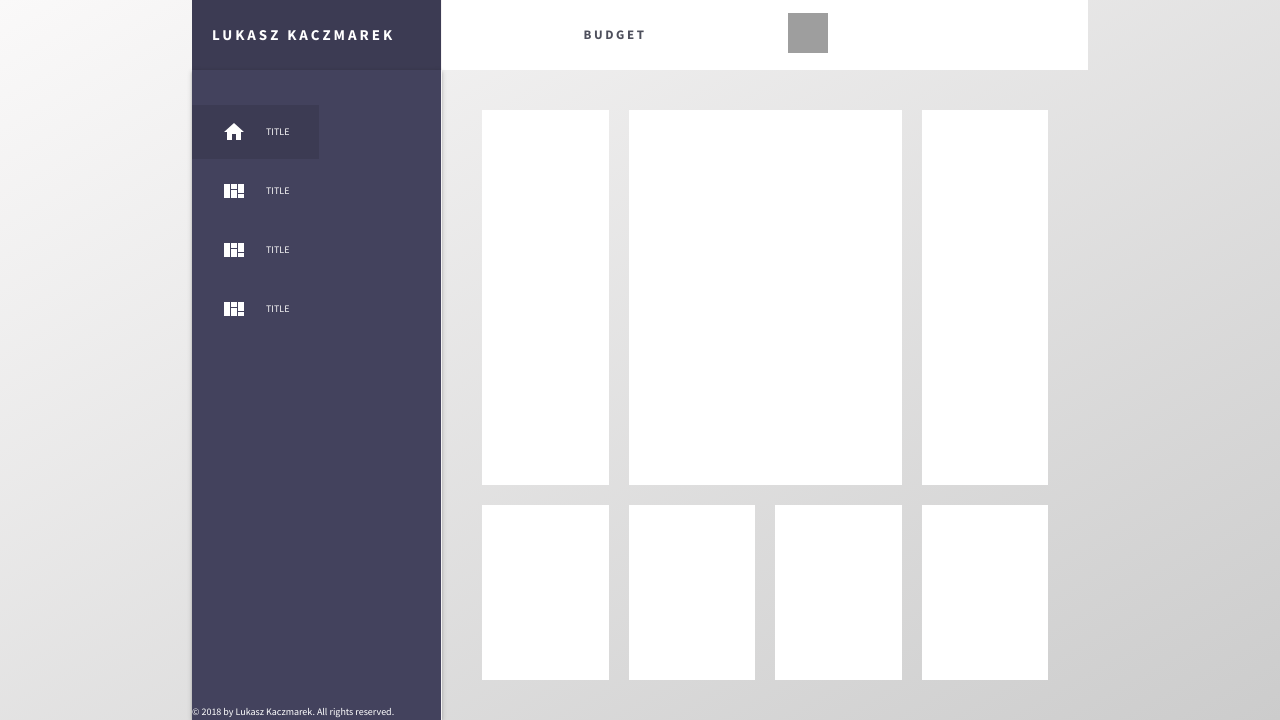
Repository: Archezi/BudgetApplication
Page: index.html
The author's editor kept a copy of each file at every save. The page is drawn from the files as they stood at one save, then again after the next save.
The browser window is 1280 px wide. The pictures show the whole page.
Pictures or frames that could not be fetched are drawn as grey boxes. The style sheet was rebuilt from its Sass, Less or Tailwind sources for each picture, by a compiler version that may differ from the author's.

Above is the page before, as saved 2018-08-28 23:09:15.

### index.html
<!DOCTYPE html>
<html lang="en">
<head>
    <meta charset="UTF-8">
    <meta name="viewport" content="width=device-width, initial-scale=1.0">
    <meta http-equiv="X-UA-Compatible" content="ie=edge">
    <link href="https://fonts.googleapis.com/css?family=Source+Sans+Pro:300,400,700" rel="stylesheet">
    <!--Import Google Icon Font-->
    <link href="https://fonts.googleapis.com/icon?family=Material+Icons" rel="stylesheet">
    <!--Import materialize.css-->
    <link type="text/css" rel="stylesheet" href="css/materialize.min.css"  media="screen,projection"/>
    <!-- Website style.css-->
    <link rel="stylesheet" href="css/style.comp.css">

    <title>Budget Application</title>

</head>
<body>
   <div class="container">
        <header class="header">
            <div class="logo">
                <h1>Lukasz Kaczmarek</h1>
            </div>
            <div class="page_title">
                <h2>Budget</h2>
            </div>
            <div class="user-nav">
                <div class="user-nav__icon"></div>
                <div class="user-nav__profile">
                    <img src="https://source.unsplash.com/random/40x40" alt="">
                </div>
            </div>
        </header>

        <div class="content">
            <nav class="sidebar">
                <ul class="side-nav">
                    <li class="side-nav__item side-nav__item--active">
                        <a href="#" class="side-nav__link">
                                <svg class="side-nav__icon" style="width:24px;height:24px" viewBox="0 0 24 24">
                                    <path fill="#fff" d="M10,20V14H14V20H19V12H22L12,3L2,12H5V20H10Z" />
                                </svg>
                            <span>Title</span>
                        </a>
                    </li>
                    <li class="side-nav__item ">
                        <a href="#" class="side-nav__link">
                            <svg class="side-nav__icon" style="width:24px;height:24px" viewBox="0 0 24 24">
                                <path fill="#000000" d="M2,5V19H8V5H2M9,5V10H15V5H9M16,5V14H22V5H16M9,11V19H15V11H9M16,15V19H22V15H16Z" />
                            </svg>
                            <span>Title</span>
                        </a>
                    </li>
                    <li class="side-nav__item ">
                        <a href="#" class="side-nav__link">
                            <svg class="side-nav__icon" style="width:24px;height:24px" viewBox="0 0 24 24">
                                <path fill="#000000" d="M2,5V19H8V5H2M9,5V10H15V5H9M16,5V14H22V5H16M9,11V19H15V11H9M16,15V19H22V15H16Z" />
                            </svg>
                            <span>Title</span>
                        </a>
                    </li>
                    <li class="side-nav__item ">
                        <a href="#" class="side-nav__link">
                            <svg class="side-nav__icon" style="width:24px;height:24px" viewBox="0 0 24 24">
                                <path fill="#000000" d="M2,5V19H8V5H2M9,5V10H15V5H9M16,5V14H22V5H16M9,11V19H15V11H9M16,15V19H22V15H16Z" />
                            </svg>
                            <span>Title</span>
                        </a>
                    </li>
                </ul>

                <div class="legal">
                    &copy; 2018 by Lukasz Kaczmarek. All rights reserved.
                </div>
            </nav>

            <div class="main">
                <div class="budget">
                    <div class="income-panel"> </div>
                    <div class="history-panel"></div>
                    <div class="expenses-panel"></div>
                </div>
                <div class="statistics">
                    <div class="net-profit-panel"></div>
                    <div class="tax-panel"></div>
                    <div class="savings-panel"></div>
                    <div class="projections"></div>

                </div>



            </div>


        </div>




   </div>

   <!-- Compiled and minified JavaScript -->
   <script src="https://cdnjs.cloudflare.com/ajax/libs/materialize/1.0.0-rc.2/js/materialize.min.js"></script>
</body>
</html>

### sass/main.scss
@import "base/reset";
@import "base/base";
@import "base/typography";

@import "abstracts/variables";
@import "components/mainComponent";
@import "components/layout";

### sass/base/_base.scss
:root {
    --color-primary: #eb2f64;
    --color-primary-light: #FF3366;
    --color-primary-dark: #BA265D;

    --color-background-dark: #3C3B53;
    --color-background-light: #43425D;

    --color-grey-light-1: #faf9f9;
    --color-grey-light-2: #f4f2f2;
    --color-grey-light-3: #f0eeee;
    --color-grey-light-4: #ccc;

    --color-grey-dark-1: #333;
    --color-grey-dark-2: #4D4F5C;
    --color-grey-dark-3: #999;
    --color-white: #fff;
    --shadow-dark: 0 2rem 6rem rgba(0,0,0,.3);
    --shadow-light: 0 2rem 5rem rgba(0,0,0,.06);

    --line: 1px solid var(--color-grey-light-2);
}

$bp-largest: 75em;     // 1200px
$bp-large: 68.75em;    // 1100px
$bp-medium: 56.25em;   // 900px
$bp-small: 37.5em;     // 600px
$bp-smallest: 31.25em; // 500px

* {
    margin: 0;
    padding: 0;
}

*,
*::before,
*::after {
    box-sizing: inherit;
}

html {
    box-sizing: border-box;
    font-size: 62.5%; // 1rem = 10px, 10px/16px = 62.5%

    @media only screen and (max-width: $bp-large) {
        font-size: 50%;
    }
}

body {


    color: var(--color-grey-dark-2);
    background-image: linear-gradient(to right bottom, var(--color-grey-light-1), var(--color-grey-light-4));
    background-size: cover;
    background-repeat: no-repeat;

    min-height: 100vh;
}

### sass/base/_typography.scss
body {

    font-weight: 400;
    line-height: 1.6;
    font-family: 'Source Sans Pro', sans-serif;
    text-rendering: optimizeLegibility;
    -webkit-font-smoothing: antialiased;

}

### sass/abstracts/_variables.scss
$header-height: 7rem;
$sidebar-width: 25rem;

$fraction: 1fr;

### sass/components/_mainComponent.scss

//////////////////////////////////////////
// Header

.logo {
    width: 25rem;
    padding: 0 2rem;

    border-right: var(--line);
    background: var(--color-background-dark);
    h1 {

        align-self: center;
        font-size: 1.5rem;
        font-weight: 700;
        line-height: 2rem;
        letter-spacing: 0.2em;
        text-transform: uppercase;
        padding: 2.5rem 0;
        color: var(--color-white);

    }
}
.page_title {
    width: 30rem;
    text-align: center;
    h2 {
        font-size: 1.3rem;
        font-weight: 700;
        letter-spacing: 0.2em;
        text-transform: uppercase;
    }
}
.user-nav {
    width: 30rem;
}

.content {

    display: flex;


}

.side-nav {
    font-size: 1.5rem;
    list-style: none;
    margin-top: 3.5rem;

    &__item {
        position: relative;

        &:not(:last-child) {
            margin-bottom: .5rem;
        }
    }
    &__item::before {
        content: "";
        position: absolute;
        top: 0;
        left: 0;
        height: 100%;
        width: 3px;
        background-color: var(--color-background-dark);
        transform: scaleY(0);
        transition: transform .2s,
                    width .4s cubic-bezier(1,0,0,1) .2s,
                    background-color .1s;
    }

    &__item:hover::before,
    &__item--active::before {
        transform: scaleY(1);
        width: 100%;
    }

    &__item:active::before {
        background-color: var(--color-background-light);
    }

    &__link:link,
    &__link:visited {
        color: var(--color-grey-light-1);
        text-decoration: none;
        text-transform: uppercase;
        display: block;
        padding: 1.5rem 3rem;
        position: relative;
        z-index: 10;

        display: flex;
        align-items: center;

        @media only screen and (max-width: $bp-medium) {
            justify-content: center;
            padding: 2rem;
        }

        @media only screen and (max-width: $bp-small) {
            flex-direction: column;
            padding: 1.5rem .5rem;
        }
    }

    &__icon {
        width: 1.75rem;
        height: 1.75rem;
        margin-right: 2rem;
        fill: currentColor;
        path {
            fill: #fff;
        }
        @media only screen and (max-width: $bp-small) {
            margin-right: 0;
            margin-bottom: .7rem;
            width: 1.5rem;
            height: 1.5rem;
        }
    }
}

### sass/components/_layout.scss
.container {
    max-width: 100%;
    min-height: 100vh;
    margin: 0 auto;

}

.header {
    height: $header-height;
    background: var(--color-white);
    display: flex;
    justify-content: space-between;
    align-items: center;
}
.content {

}
.sidebar {
    border-right: var(--line);
    background-color: var(--color-background-light);

    flex: 0 0 25rem;
    // width: 25rem;
    display: flex;
    flex-direction: column;
    justify-content: space-between;
    min-height: calc(100vh - 7rem);
    z-index: 999;
}
.main {
    padding: 4rem;
    width: 100%;
    display: grid;
    grid-gap: 2rem;

    .budget {
        display: grid;
        grid-gap: 2rem;
        grid-template-columns: repeat(4, 1fr);
        grid-auto-rows: minmax(20rem, auto);
        & > * {
            background: var(--color-white);
        }
        .history-panel {
            grid-column: 2 / span 2;
            grid-auto-rows: $fraction;
        }
    }

    .statistics {
        display: grid;
        grid-gap: 2rem;
        grid-template-columns: repeat(4, 1fr);

        & > * {
            background: var(--color-white);
        }

    }
}
.footer {
    position: absolute;
    bottom: 0;
    background: var(--color-white);
    z-index: 1;
    height: $header-height;
    width: calc(100%);
    z-index: 100;
}

Loaded but not shown: css/materialize.min.css (library); sass/base/_reset.scss (common file)

After the next save:
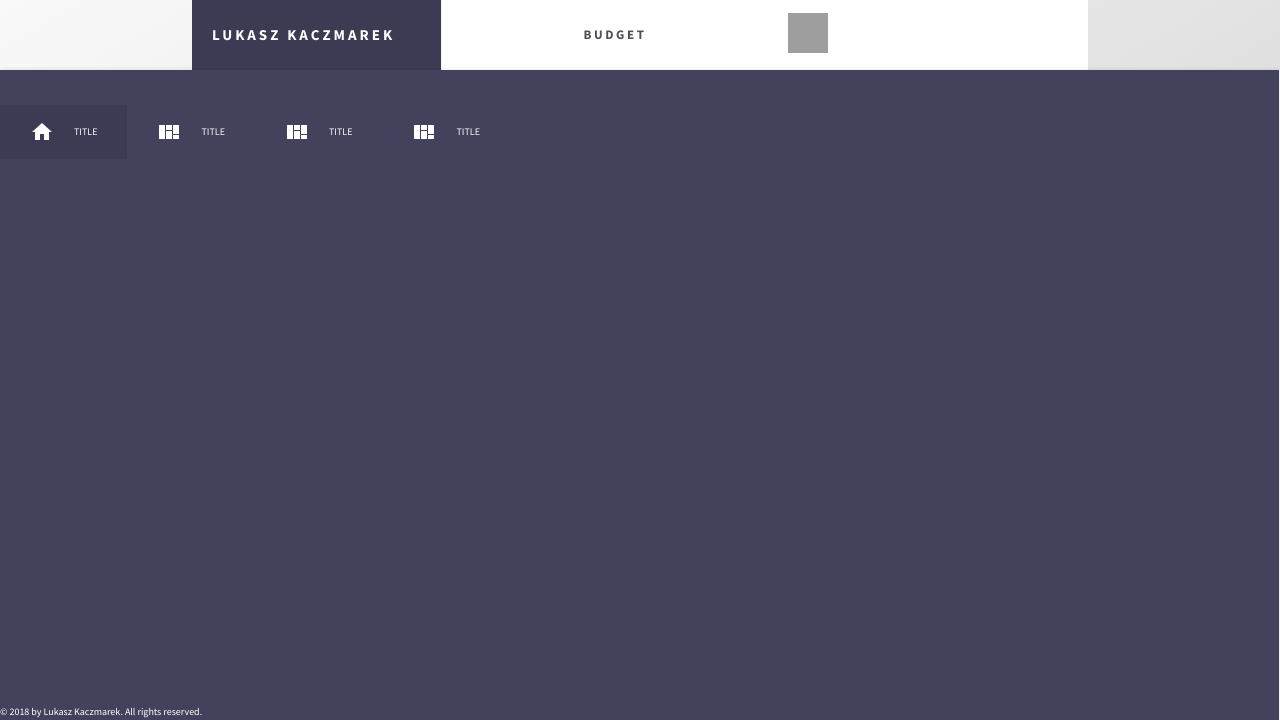
Saved 12 h 4 min later.
--- a/sass/components/_layout.scss
+++ b/sass/components/_layout.scss
@@ -18,8 +18,9 @@
 .sidebar {
     border-right: var(--line);
     background-color: var(--color-background-light);
+    position: fixed;
+    left: 0;
 
-    flex: 0 0 25rem;
     // width: 25rem;
     display: flex;
     flex-direction: column;
